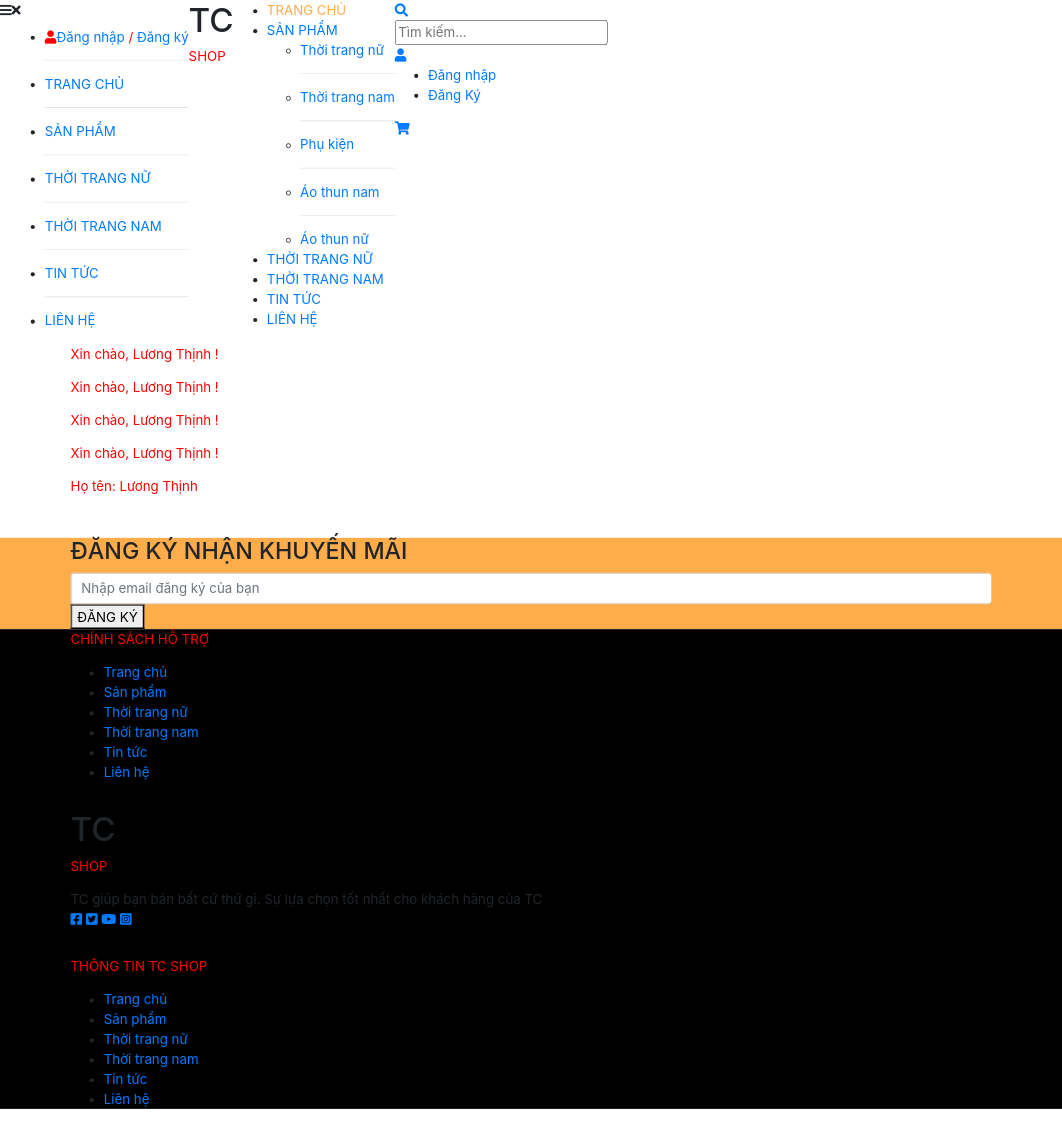
Repository: congthinh1701/TCshop
Page: ThongTinTaiKhoan.html
These files come from the project's save history. The page is drawn as it stood at one moment and after the next save; the edit follows.
The browser window is 1280 px wide. The pictures show the whole page, at 83% of full size.
The style sheet was rebuilt from its Sass, Less or Tailwind sources for each picture, by a compiler version that may differ from the author's.

Above is the page before, as saved 2021-09-08 16:57:08.

After the next save:
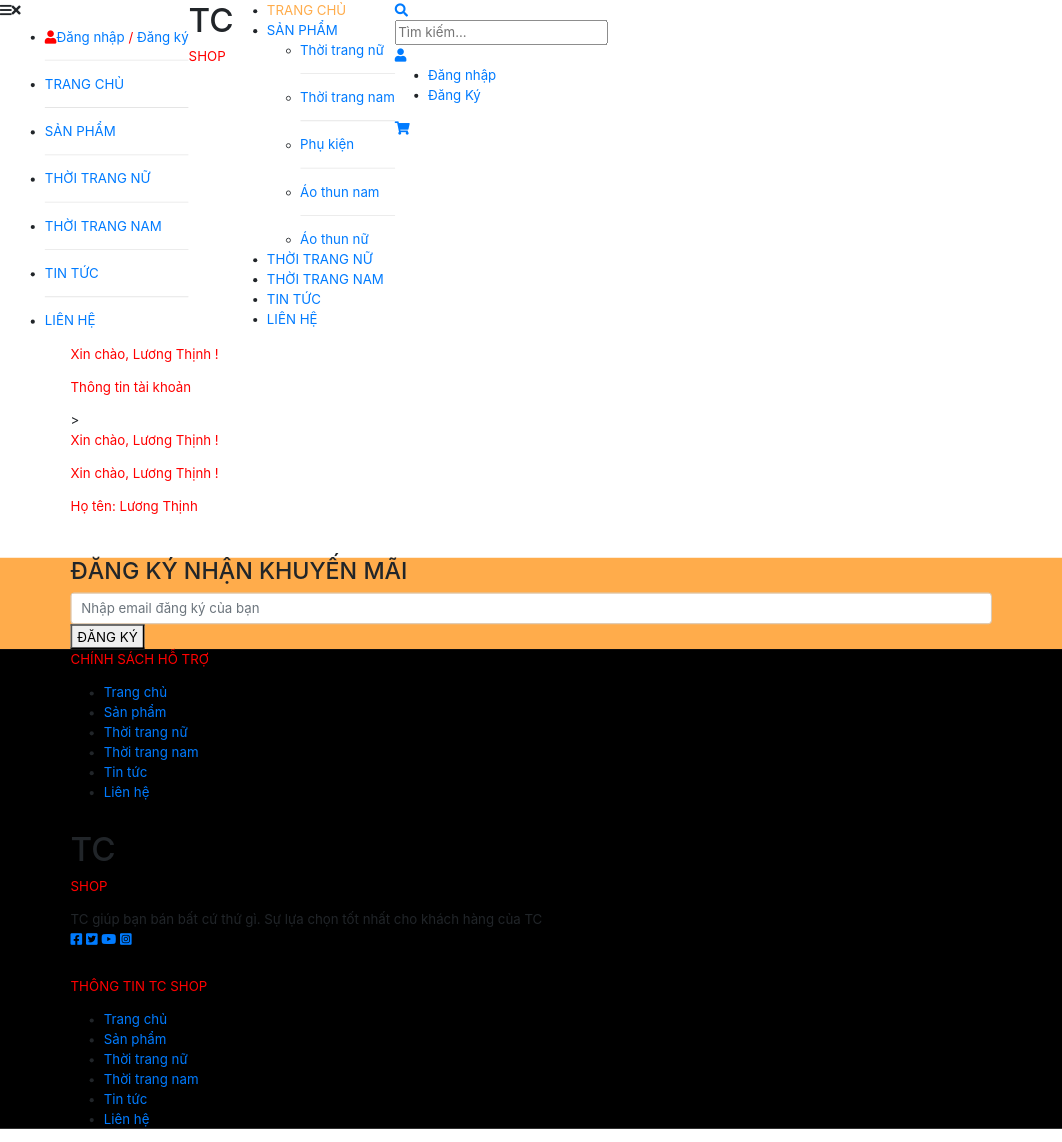
Saved 13 s later.
--- a/ThongTinTaiKhoan.html
+++ b/ThongTinTaiKhoan.html
@@ -16,7 +16,7 @@
                 <p><span>Xin chào, </span>Lương Thịnh !</p>
             </div>
             <div class="trang-tai-khoan-thong-tin">
-                <p><span>Xin chào, </span>Lương Thịnh !</p>
+                <p>Thông tin tài khoản</p>>
             </div>
             <div class="trang-tai-khoan-hello">
                 <p><span>Xin chào, </span>Lương Thịnh !</p>
